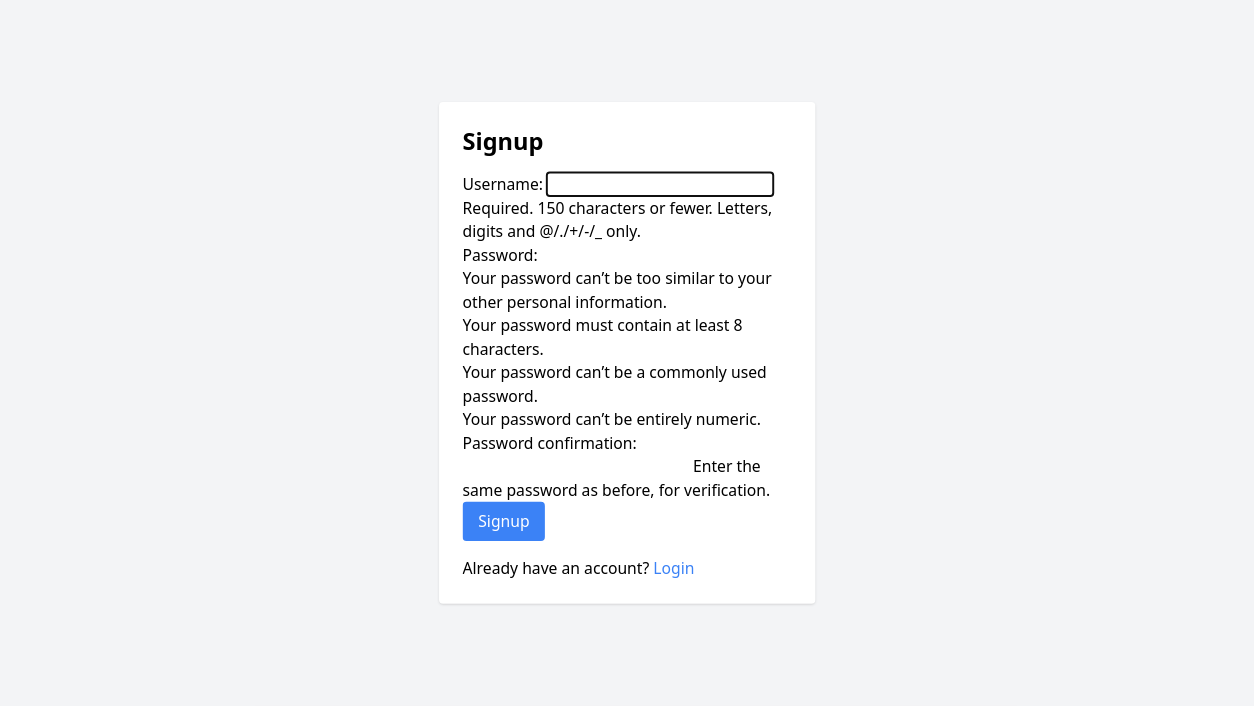
Repository: MuhammedAfsalCP/demo
Page: http://localhost/signup/
An editor plug-in stored every save of this project. The page is shown before and after the next save, followed by the edit.
The browser window is 1280 px wide. The pictures show the whole page, at 98% of full size.
Some web libraries are served in a nearby version. The page is served by the project's application, run on Django 5.2 (techmart/manage.py). The page reads the database file committed with the project.

Above is the page before, as saved 2025-08-14 15:21:09.

After the next save:
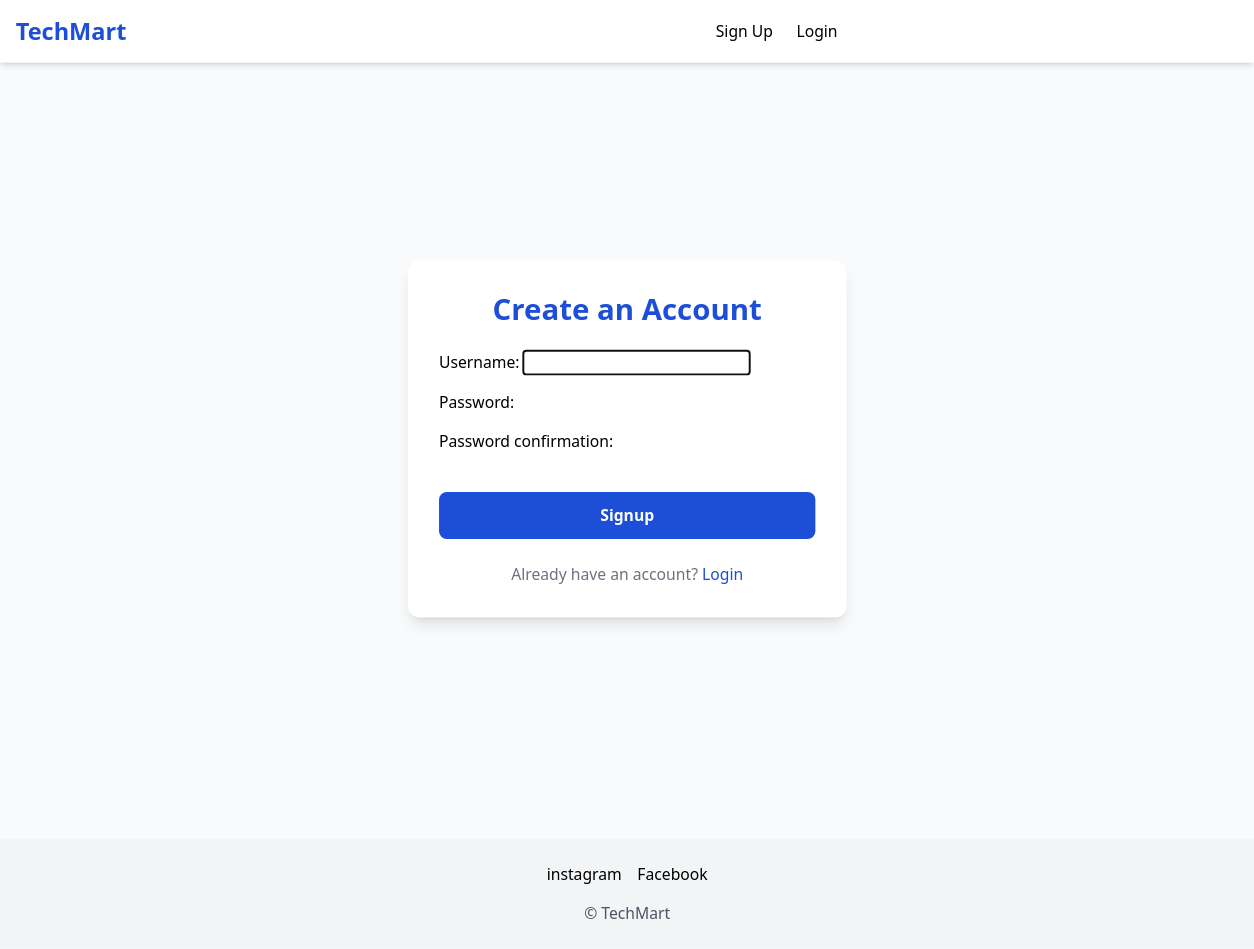
Saved 75 s later.
--- a/techmart/templates/store/signup.html
+++ b/techmart/templates/store/signup.html
@@ -1,19 +1,31 @@
-<!DOCTYPE html>
-<html lang="en">
-<head>
-    <meta charset="UTF-8">
-    <title>Signup - TechMart</title>
-    <script src="https://cdn.tailwindcss.com"></script>
-</head>
-<body class="bg-gray-100 flex justify-center items-center h-screen">
-<div class="bg-white p-6 rounded shadow w-96">
-    <h1 class="text-2xl font-bold mb-4">Signup</h1>
-    <form method="post">
-        {% csrf_token %}
-        {{ form.as_p }}
-        <button type="submit" class="bg-blue-500 text-white px-4 py-2 rounded hover:bg-blue-600">Signup</button>
-    </form>
-    <p class="mt-4">Already have an account? <a href="{% url 'login' %}" class="text-blue-500">Login</a></p>
+{% extends "store/base.html" %}
+
+{% block content %}
+<div class="min-h-screen flex items-center justify-center bg-gray-50 py-12 px-4 sm:px-6 lg:px-8">
+    <div class="max-w-md w-full bg-white p-8 rounded-xl shadow-lg">
+        <h2 class="text-3xl font-extrabold text-center mb-6 text-[var(--primary-color)]">Create an Account</h2>
+
+        <form method="post" class="space-y-4">
+            {% csrf_token %}
+            {% for field in form %}
+                <div>
+                    {{ field.label_tag }}
+                    {{ field }}
+                    {% if field.errors %}
+                        <p class="text-red-500 text-sm mt-1">{{ field.errors|striptags }}</p>
+                    {% endif %}
+                </div>
+            {% endfor %}
+
+            <button type="submit" class="w-full py-3 px-4 bg-[var(--primary-color)] text-white rounded-lg hover:bg-[var(--secondary-color)] transition font-semibold">
+                Signup
+            </button>
+        </form>
+
+        <p class="mt-6 text-center text-gray-500">
+            Already have an account?
+            <a href="{% url 'login' %}" class="text-[var(--primary-color)] hover:underline">Login</a>
+        </p>
+    </div>
 </div>
-</body>
-</html>
+{% endblock %}
